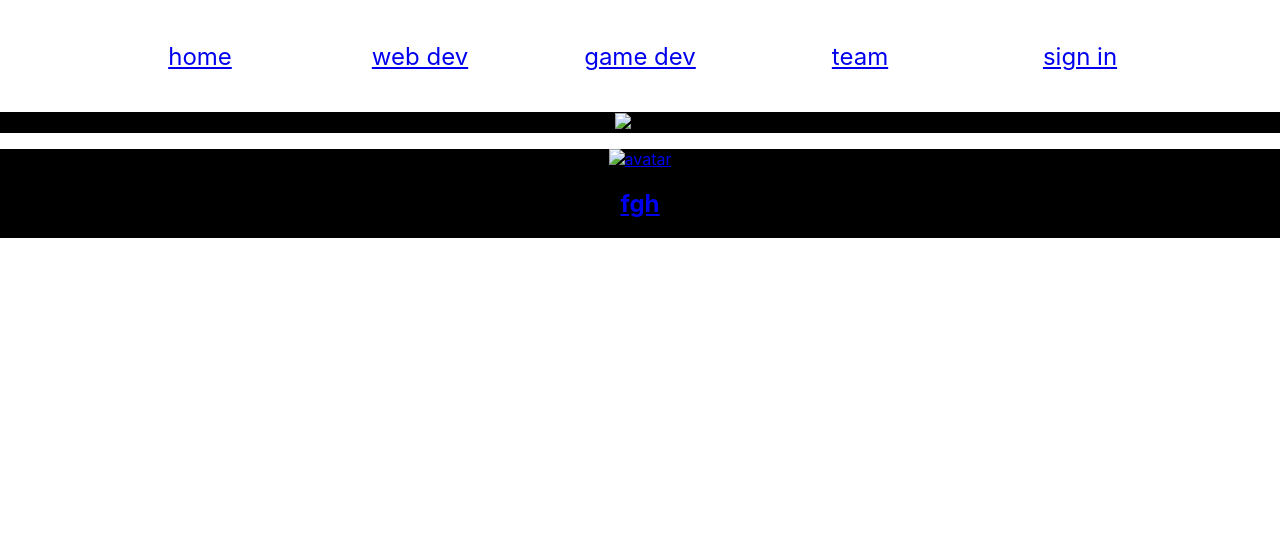
Repository: romAtam/5778
Page: /team/fgh
The author's editor kept a copy of each file at every save. The page is drawn from the files as they stood at one save, then again after the next save.
The browser window is 1280 px wide. The pictures show the whole page.
The page's requests for data from a server got no answer. The project was rebuilt for these pictures with package versions that can differ from the ones it lists, and the page was loaded fresh each time. No one was signed in, and anything a server would have sent is missing. Also part of the build but not shown: src/Pages/Home.js, src/Pages/Game.js, src/Pages/Web.js, src/Pages/Signin.js.

Above is the page before, as saved 2021-12-11 16:38:58.

After the next save:
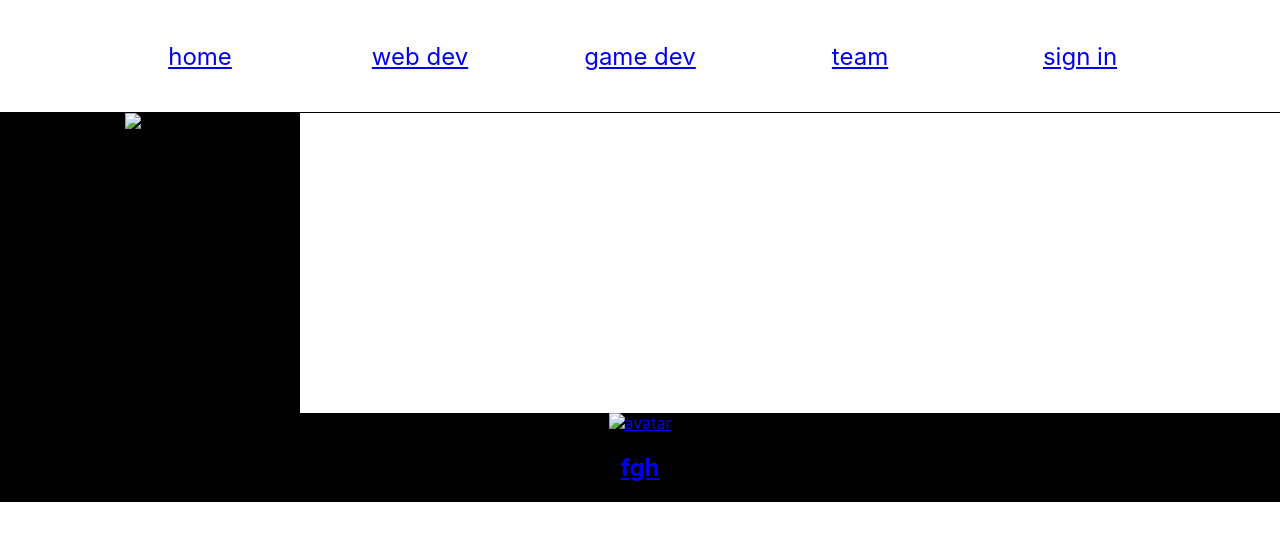
Saved 86 s later.
--- a/src/Pages/Team.js
+++ b/src/Pages/Team.js
@@ -11,8 +11,8 @@ background-color:black;
 color: white ;
 `
 const UserPlace=styled.div`
-width: 300;
-height: 300;
+width: 300px;
+height: 300px;
 background-color:black;
 `
 const Team = () => {
